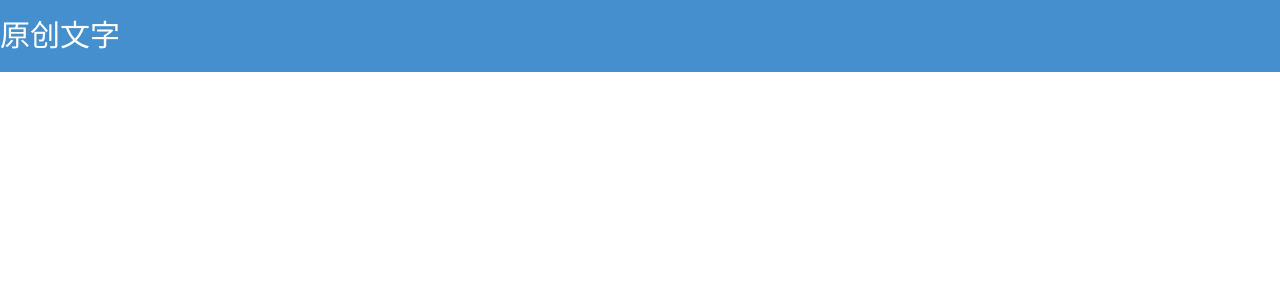
Repository: equation-zheng/Article
Page: http://localhost/Idles/
The author's editor kept a copy of each file at every save. The page is drawn from the files as they stood at one save, then again after the next save.
The browser window is 1280 px wide. The pictures show the whole page.
The page is served by Tomcat 9. Other server files are loaded and not shown.

Above is the page before, as saved 2017-12-05 08:53:37.

### Service/apache-tomcat-7.0.82/Idles/WebContent/index.jsp
<?xml version="1.0" encoding="UTF-8" ?>
<%@ page language="java" contentType="text/html; charset=UTF-8"
    pageEncoding="UTF-8"%>
<!DOCTYPE html PUBLIC "-//W3C//DTD XHTML 1.0 Transitional//EN" "http://www.w3.org/TR/xhtml1/DTD/xhtml1-transitional.dtd">
<html xmlns="http://www.w3.org/1999/xhtml">
<head>
<meta http-equiv="Content-Type" content="text/html; charset=UTF-8" />
<title>首页</title>
</head>
<style>
	* {
		margin: 0;
		padding: 0;
		font-family: "微软雅黑";
	}
	.header {
		height: 72px;
		background: #458fce;
	}
	.header .logo {
		color: #fff;
		line-height: 72px;
		font-size: 30px;
		maring-left: 40px;
		display: inline-block;
		font-weight: 500;
	}
	.header ul li {
		float: left;
		color: #fff;
		display: inline-block;
		width: 112px;
		heihgt: 72px;
		text-align: center;
		line-height: 72px;

	}
	.header ul li:hover {
		background: #fff;
	}

</style>
<body>
	<div class="header">
	<div class='logo'>原创文字</div>
		<ul>
			<li class='first'>首页</li>
			<li>原创故事</li>
			<li>热门专题</li>
			<li>欣赏美文</li>
			<li>赞助</li>
		</ul>
	</div>
</body>
</html>

After the next save:
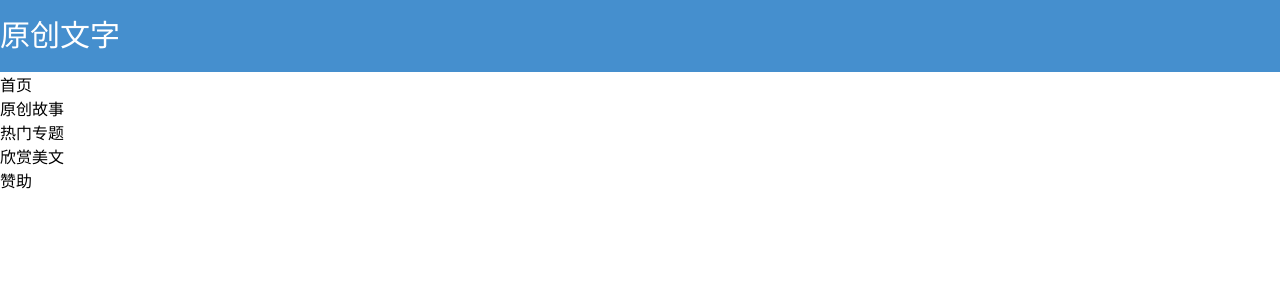
Saved 3 min 35 s later.
--- a/Service/apache-tomcat-7.0.82/Idles/WebContent/index.jsp
+++ b/Service/apache-tomcat-7.0.82/Idles/WebContent/index.jsp
@@ -26,13 +26,7 @@
 		font-weight: 500;
 	}
 	.header ul li {
-		float: left;
-		color: #fff;
-		display: inline-block;
-		width: 112px;
-		heihgt: 72px;
-		text-align: center;
-		line-height: 72px;
+
 
 	}
 	.header ul li:hover {
